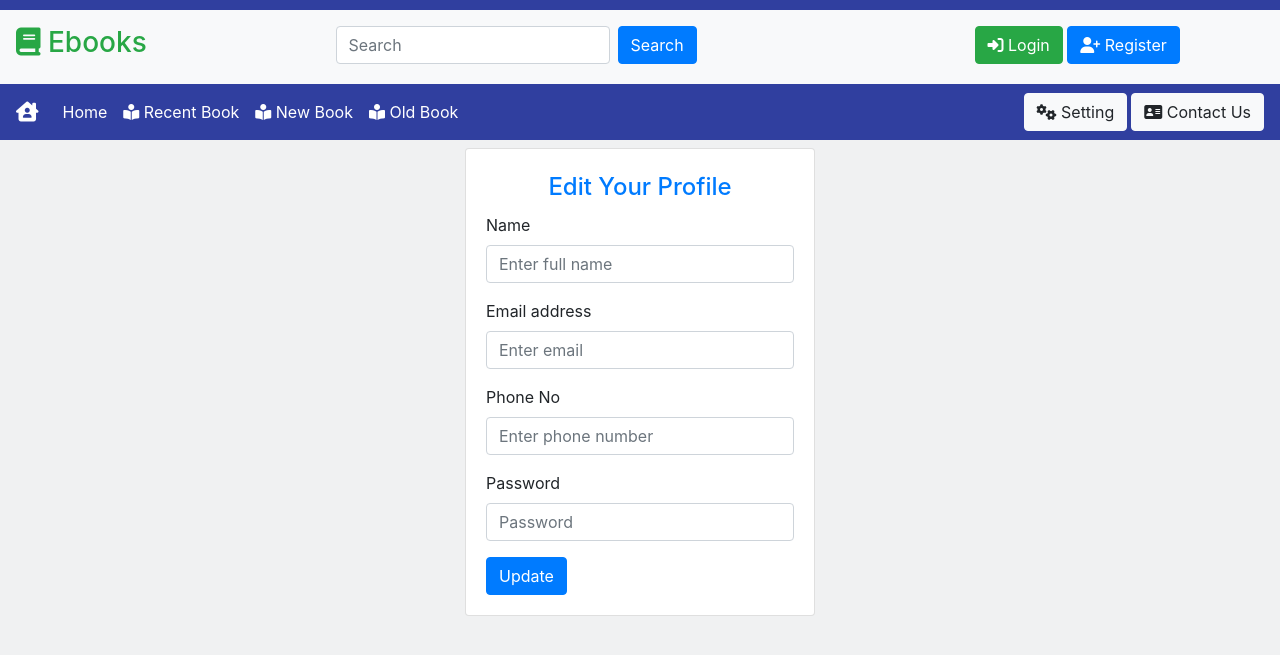
Repository: chittaranjan24/E-Books_Management_System
Page: http://localhost/Ebook-App/edit_profile.jsp
These files come from the project's save history. The page is drawn as it stood at one moment and after the next save; the edit follows.
The browser window is 1280 px wide. The pictures show the whole page.
Some web libraries are served in a nearby version. The page is served by Tomcat 9. Other server files are loaded and not shown.

Above is the page before, as saved 2023-08-31 18:28:20.

### Ebook-App/src/main/webapp/edit_profile.jsp
<%@ page language="java" contentType="text/html; charset=ISO-8859-1"
	pageEncoding="ISO-8859-1"%>

<%@ taglib prefix="c" uri="http://java.sun.com/jsp/jstl/core"%>
<%@page isELIgnored="false"%>

<!DOCTYPE html>
<html>
<head>
<meta charset="ISO-8859-1">
<title>Edit Profile</title>
<%@include file="all_component/allCss.jsp"%>
</head>
<body style="background-color: #f0f1f2;">
	<%@include file="all_component/navbar.jsp"%>



	<div class="container">
		<div class="row">
			<div class="col-md-4 offset-md-4 mt-2">
				<div class="card">
					<div class="card-body">
						<h4 class="text-center text-primary p-1">Edit Your Profile</h4>

						<form action="register" method="post">

							<div class="form-group">
								<label for="exampleInputEmail1">Name</label> <input
									type="text" class="form-control" id="exampleInputEmail1"
									aria-describedby="emailHelp" placeholder="Enter full name"
									required="required" name="fname">
							</div>

							<div class="form-group">
								<label for="exampleInputEmail1">Email address</label> <input
									type="email" class="form-control" id="exampleInputEmail1"
									aria-describedby="emailHelp" placeholder="Enter email"
									required="required" name="email">
							</div>

							<div class="form-group">
								<label for="exampleInputEmail1">Phone No</label> <input
									type="number" class="form-control" id="exampleInputEmail1"
									aria-describedby="emailHelp" placeholder="Enter phone number"
									required="required" name="phno">
							</div>

							<div class="form-group">
								<label for="exampleInputPassword1">Password</label> <input
									type="password" class="form-control" id="exampleInputPassword1"
									placeholder="Password" required="required" name="password">
							</div>
							<button type="submit" class="btn btn-primary">Update</button>
						</form>

					</div>
				</div>
			</div>
		</div>
	</div>


</body>
</html>

### Ebook-App/src/main/webapp/all_component/allCss.jsp
<link rel="stylesheet"
	href="https://cdn.jsdelivr.net/npm/bootstrap@4.0.0/dist/css/bootstrap.min.css"
	integrity="sha384-Gn5384xqQ1aoWXA+058RXPxPg6fy4IWvTNh0E263XmFcJlSAwiGgFAW/dAiS6JXm"
	crossorigin="anonymous">


<script src="https://code.jquery.com/jquery-3.2.1.slim.min.js"
	integrity="sha384-KJ3o2DKtIkvYIK3UENzmM7KCkRr/rE9/Qpg6aAZGJwFDMVNA/GpGFF93hXpG5KkN"
	crossorigin="anonymous"></script>
<script
	src="https://cdn.jsdelivr.net/npm/popper.js@1.12.9/dist/umd/popper.min.js"
	integrity="sha384-ApNbgh9B+Y1QKtv3Rn7W3mgPxhU9K/ScQsAP7hUibX39j7fakFPskvXusvfa0b4Q"
	crossorigin="anonymous"></script>
<script
	src="https://cdn.jsdelivr.net/npm/bootstrap@4.0.0/dist/js/bootstrap.min.js"
	integrity="sha384-JZR6Spejh4U02d8jOt6vLEHfe/JQGiRRSQQxSfFWpi1MquVdAyjUar5+76PVCmYl"
	crossorigin="anonymous"></script>


<link rel="stylesheet"
	href="https://cdnjs.cloudflare.com/ajax/libs/font-awesome/6.4.2/css/all.min.css"
	integrity="sha512-z3gLpd7yknf1YoNbCzqRKc4qyor8gaKU1qmn+CShxbuBusANI9QpRohGBreCFkKxLhei6S9CQXFEbbKuqLg0DA=="
	crossorigin="anonymous" referrerpolicy="no-referrer" />


<link rel="stylesheet" href="all_component/style.css">

### Ebook-App/src/main/webapp/all_component/navbar.jsp
<%@ taglib prefix="c" uri="http://java.sun.com/jsp/jstl/core"%>
<%@page isELIgnored="false" %>

<div class="container-fluid"
	style="height: 10px; background-color: #303f9f"></div>

<div class="container-fluid p-3 bg-light">
	<div class="row">
		<div class="col-md-3 text-success">
			<h3>
				<i class="fa-solid fa-book"></i> Ebooks
			</h3>
		</div>
		<div class="col-md-6">
			<form class="form-inline my-2 my-lg-0">
				<input class="form-control mr-sm-2" type="search"
					placeholder="Search" aria-label="Search">
				<button class="btn btn-primary my-2 my-sm-0" type="submit">Search</button>
			</form>
		</div>

		<c:if test="${not empty userobj }">

		<div class="col-md-3">

		<a href="checkout.jsp"><i class="fa-solid fa-cart-arrow-down fa-2x"></i></a>

			<a href="login.jsp" class="btn btn-success">
			<i class="fa-solid fa-circle-user"></i> ${userobj.name}</a>

			<a href="logout" class="btn btn-primary text-white">
			<i class="fa-solid fa-right-from-bracket"></i> Logout</a>
		</div>

		</c:if>

		<c:if test="${empty userobj }">

		<div class="col-md-3">
			<a href="login.jsp" class="btn btn-success"><i
				class="fa-solid fa-right-to-bracket"></i> Login</a> <a
				href="register.jsp" class="btn btn-primary text-white"><i
				class="fa-solid fa-user-plus"></i> Register</a>
		</div>

		</c:if>


	</div>
</div>


<nav class="navbar navbar-expand-lg navbar-dark bg-custom">
	<a class="navbar-brand" href="index.jsp"> <i
		class="fa-solid fa-house-chimney-user"></i>
	</a>
	<button class="navbar-toggler" type="button" data-toggle="collapse"
		data-target="#navbarSupportedContent"
		aria-controls="navbarSupportedContent" aria-expanded="false"
		aria-label="Toggle navigation">
		<span class="navbar-toggler-icon"></span>
	</button>

	<div class="collapse navbar-collapse" id="navbarSupportedContent">
		<ul class="navbar-nav mr-auto">
			<li class="nav-item active"><a class="nav-link" href="index.jsp">Home
					<span class="sr-only">(current)</span>
			</a></li>
			<li class="nav-item active"><a class="nav-link" href="all_recent_book.jsp"> <i
					class="fa-solid fa-book-open-reader"></i> Recent Book
			</a></li>
			<li class="nav-item active"><a class="nav-link" href="all_new_book.jsp"> <i
					class="fa-solid fa-book-open-reader"></i> New Book
			</a></li>

			<li class="nav-item active"><a class="nav-link disabled"
				href="all_old_book.jsp"> <i class="fa-solid fa-book-open-reader"></i> Old Book
			</a></li>
		</ul>
		<form class="form-inline my-2 my-lg-0">

			<a href="setting.jsp" class="btn btn-light my-2 my-sm-0" type="submit">
				<i class="fa-solid fa-gears"></i> Setting
			</a>
			<button class="btn btn-light my-2 my-sm-0 ml-1" type="submit">
				<i class="fa-solid fa-address-card"></i> Contact Us
			</button>

		</form>
	</div>
</nav>

### Ebook-App/src/main/webapp/all_component/style.css
.bg-custom{
	background-color: #303f9f;
}

.navbar .nav-item:hover .nav-link {
	background-color: white;
	color: #303f9f;
	border-radius: 15px;
}

After the next save:
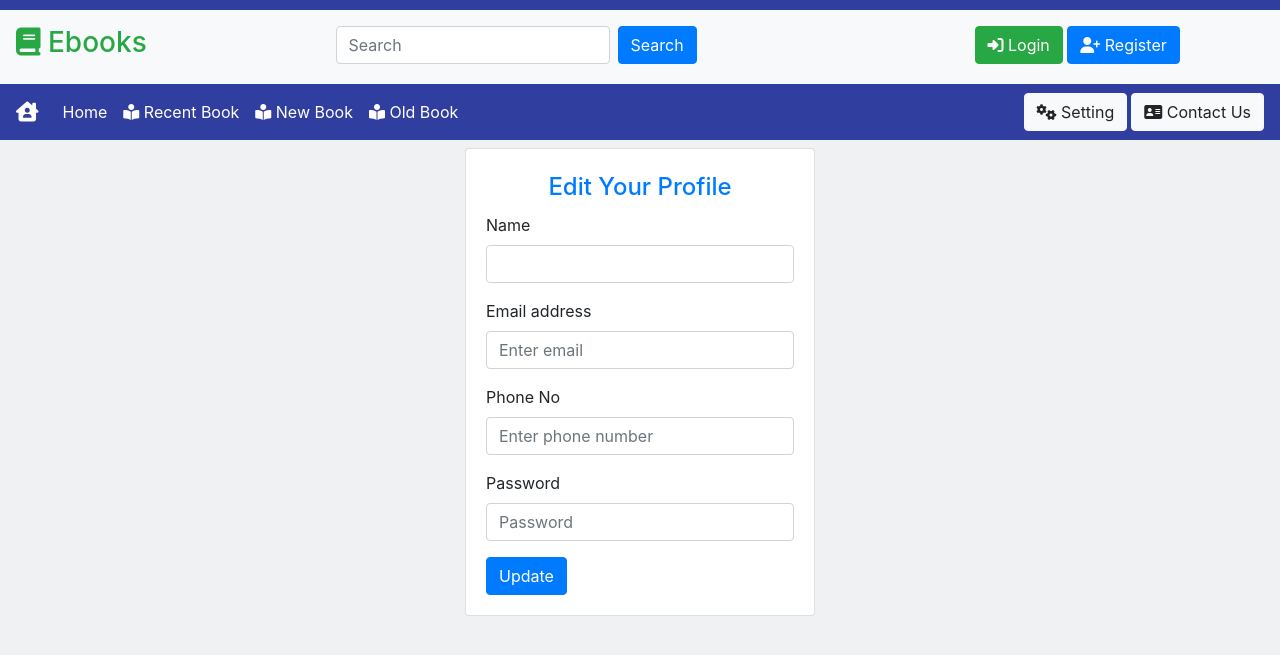
Saved 98 s later.
--- a/Ebook-App/src/main/webapp/edit_profile.jsp
+++ b/Ebook-App/src/main/webapp/edit_profile.jsp
@@ -28,8 +28,7 @@
 							<div class="form-group">
 								<label for="exampleInputEmail1">Name</label> <input
 									type="text" class="form-control" id="exampleInputEmail1"
-									aria-describedby="emailHelp" placeholder="Enter full name"
-									required="required" name="fname">
+									aria-describedby="emailHelp" name="fname" value="${userobj.name }">
 							</div>
 
 							<div class="form-group">
